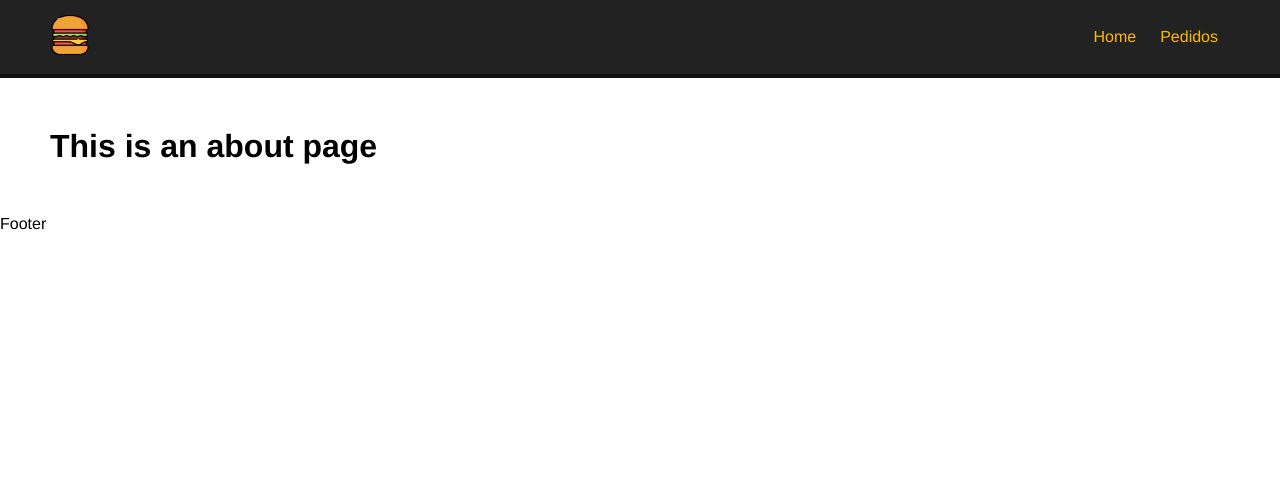
Repository: brunofa23/makeyourburguer
Page: /pedidos
These files come from the project's save history. The page is drawn as it stood at one moment and after the next save; the edit follows.
The browser window is 1280 px wide. The pictures show the whole page.
The project was rebuilt for these pictures with package versions that can differ from the ones it lists, and the page was loaded fresh each time. Also part of the build but not shown: vue.config.js, src/views/HomeView.vue.

Above is the page before, as saved 2022-08-08 20:36:27.

After the next save:
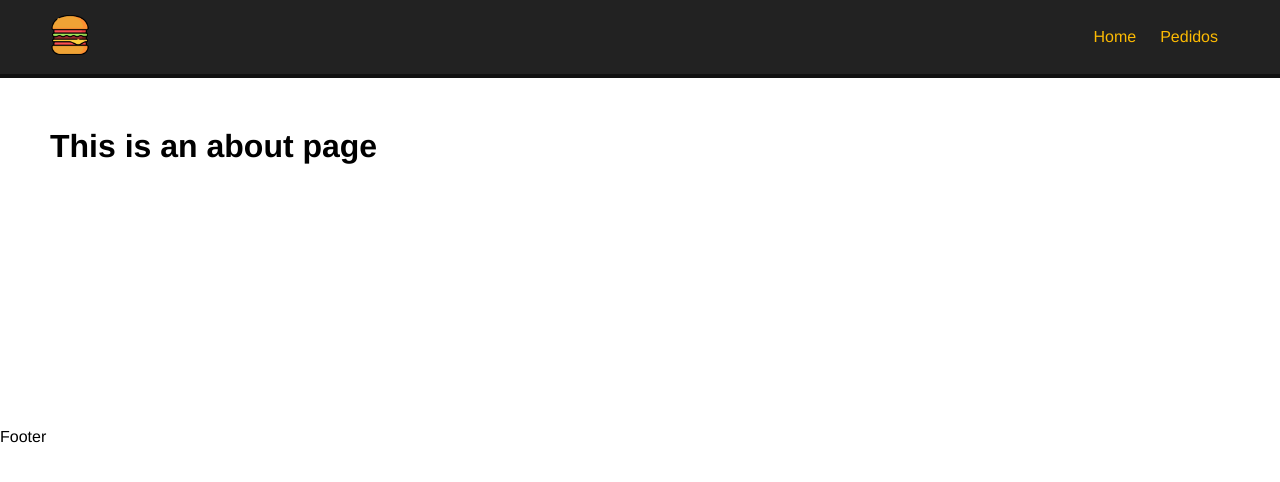
Saved 17 s later.
--- a/src/App.vue
+++ b/src/App.vue
@@ -31,6 +31,7 @@ export default{
 
 
 .main-container{
-  margin:50px
+  margin:50px;
+  min-height: 250px;
 }
 </style>
